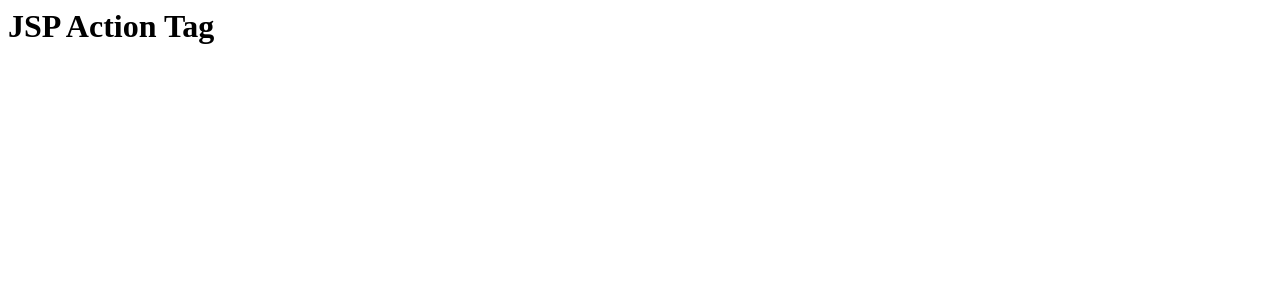
Repository: HongMW/study
Page: http://localhost/jsp01_basic/jsp06_action/jsp02_param.jsp
An editor plug-in stored every save of this project. The page is shown before and after the next save, followed by the edit.
The browser window is 1280 px wide. The pictures show the whole page.
The page is served by Tomcat 9.

Above is the page before, as saved 2022-12-13 03:53:38.

After the next save:
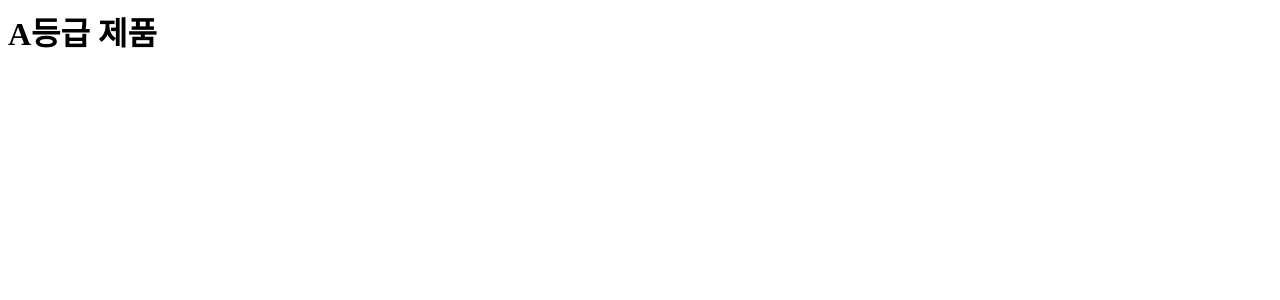
Saved 41 s later.
--- a/04.jsp/jsp01_basic/WebContent/jsp06_action/jsp02_param.jsp
+++ b/04.jsp/jsp01_basic/WebContent/jsp06_action/jsp02_param.jsp
@@ -1,3 +1,3 @@
 <%@page language="java" contentType="text/html; charset=UTF-8" pageEncoding="UTF-8"%>
 <!-- status가 A이면 A등급, 아니면 등급외 출력 -->
-<h1>JSP Action Tag</h1>
+<h1>A등급 제품</h1>
